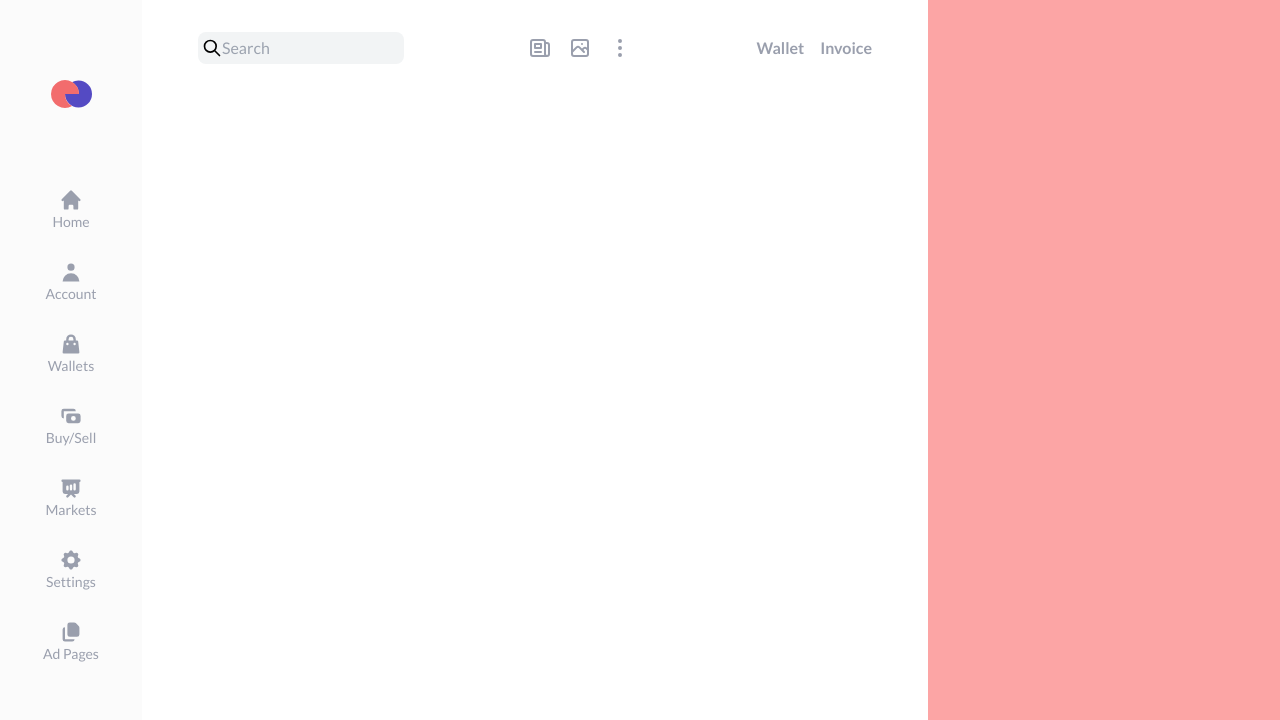
Repository: almaqdad55/crypto-app-nextjs
Page: /
An editor plug-in stored every save of this project. The page is shown before and after the next save, followed by the edit.
The browser window is 1280 px wide. The pictures show the whole page.
The project was rebuilt for these pictures with package versions that can differ from the ones it lists, and the page was loaded fresh each time. The framework's server and built-in components were replaced by stand-ins that run in the browser.

Above is the page before, as saved 2022-01-04 20:21:10.

### pages/index.js
import Head from 'next/head';
import Sidebar from '../components/Sidebar';
import Feed from '../components/Feed';
import Widget from '../components/Widget';

export default function Home() {
  return (
    <div className="">
      <Head>
        <title>Crypto Trade</title>
        <link rel="icon" href="/logo.svg" />
      </Head>

      <main className="flex">
        <Sidebar />
        <Feed />
        <Widget />
      </main>
    </div>
  );
}

### styles/globals.css
@import url('https://fonts.googleapis.com/css2?family=Lato:wght@300;400;700&display=swap');

@tailwind base;
@tailwind components;
@tailwind utilities;

@layer base {
  body {
    @apply bg-white font-Lato;
  }
}

@layer components {
  .icon-group {
    @apply flex flex-col  items-center text-sm cursor-pointer text-[#9A9FAD] hover:text-[#544AC3] transition duration-200;
  }
}

### components/Sidebar.jsx
import {
  HomeIcon,
  UserIcon,
  CashIcon,
  ShoppingBagIcon,
  PresentationChartBarIcon,
  CogIcon,
  DocumentDuplicateIcon,
} from '@heroicons/react/solid';

const Sidebar = () => {
  return (
    <div className="flex flex-col items-center  h-screen w-[142px]  bg-[#fbfbfb] ">
      <div className="mt-20">
        <img src="/logo.svg" alt="" />
      </div>
      <div className="mb-40 mt-20 flex flex-col space-y-7">
        <div className="icon-group group">
          <HomeIcon className="h-6 " />
          <span className="">Home</span>
        </div>
        <div className="icon-group group">
          <UserIcon className="h-6 " />
          <span className="">Account</span>
        </div>
        <div className="icon-group group">
          <ShoppingBagIcon className="h-6 " />
          <span className="">Wallets</span>
        </div>
        <div className="icon-group group ">
          <CashIcon className="h-6 " />
          <span className="">Buy/Sell</span>
        </div>
        <div className="icon-group group">
          <PresentationChartBarIcon className="h-6 " />
          <span className="">Markets</span>
        </div>
        <div className="icon-group group">
          <CogIcon className="h-6 " />
          <span className="">Settings</span>
        </div>
        <div className="icon-group group">
          <DocumentDuplicateIcon className="h-6 " />
          <span className="">Ad Pages</span>
        </div>
      </div>
    </div>
  );
};

export default Sidebar;

### components/Feed.jsx
import {
  DotsVerticalIcon,
  PhotographIcon,
  NewspaperIcon,
  SearchIcon,
} from '@heroicons/react/outline';

// import { SearchIcon } from '@heroicons/react/solid';
const Feed = () => {
  return (
    <div className=" flex-grow  bg-white px-14 py-8">
      <div className="flex items-center  justify-between ">
        <div className="flex items-center bg-[#F2F4F5] rounded-lg p-1">
          <SearchIcon className="h-5" />
          <input
            type="text"
            placeholder={`Search`}
            className="outline-none bg-[#F2F4F5]"
          />
        </div>
        <div className="flex space-x-4 text-[#9A9FAD] ">
          <NewspaperIcon className="h-6 " />
          <PhotographIcon className="h-6 " />
          <DotsVerticalIcon className="h-6 " />
        </div>
        <div className="flex text-md font-bold space-x-4 text-[#9A9FAD] ">
          <p className="">Wallet</p>
          <p className="">Invoice</p>
        </div>
      </div>
    </div>
  );
};

export default Feed;

### components/Widget.jsx
const Widget = () => {
  return <div className="bg-red-300 min-w-[352px]"></div>;
};

export default Widget;

### tailwind.config.js
module.exports = {
  content: [
    './pages/**/*.{js,ts,jsx,tsx}',
    './components/**/*.{js,ts,jsx,tsx}',
  ],
  theme: {
    extend: {
      fontFamily: {
        Lato: ['Lato', 'sans-serif'],
      },
    },
  },
  plugins: [],
};

Loaded but not shown: pages/_app.js (common file)

After the next save:
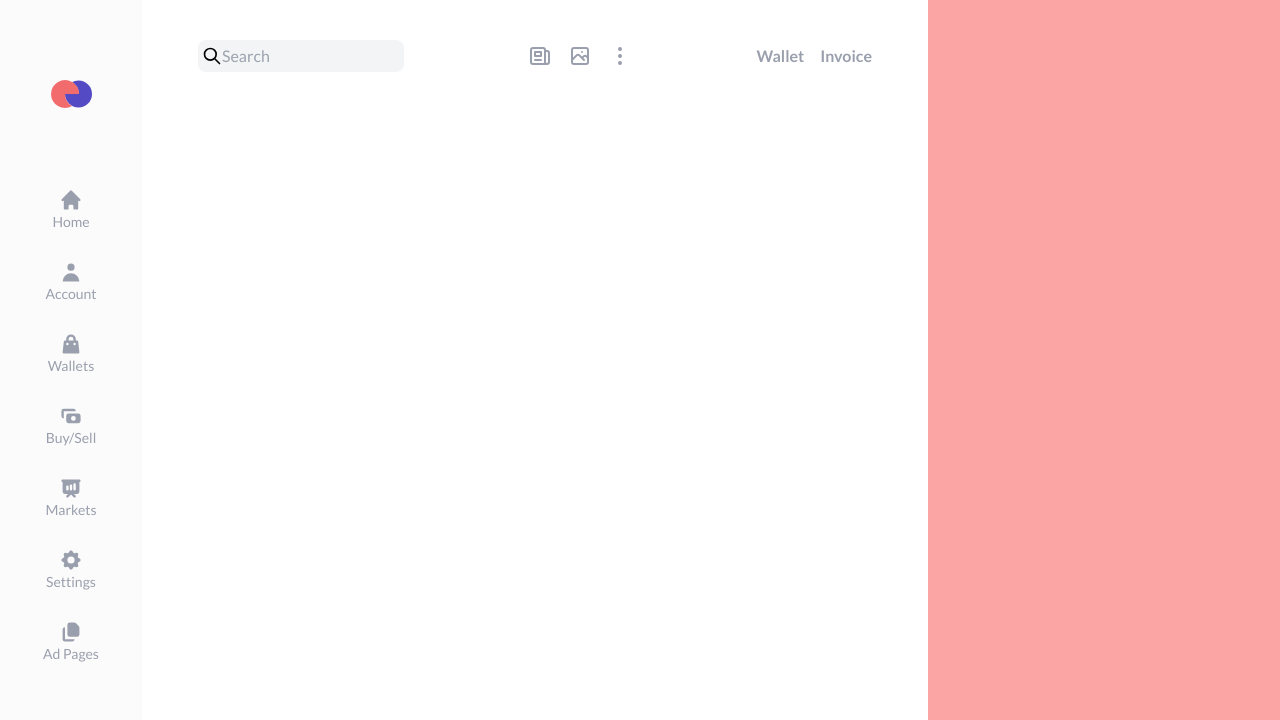
Saved 8 s later.
--- a/components/Feed.jsx
+++ b/components/Feed.jsx
@@ -8,7 +8,7 @@ import {
 // import { SearchIcon } from '@heroicons/react/solid';
 const Feed = () => {
   return (
-    <div className=" flex-grow  bg-white px-14 py-8">
+    <div className=" flex-grow  bg-white px-14 py-10">
       <div className="flex items-center  justify-between ">
         <div className="flex items-center bg-[#F2F4F5] rounded-lg p-1">
           <SearchIcon className="h-5" />
